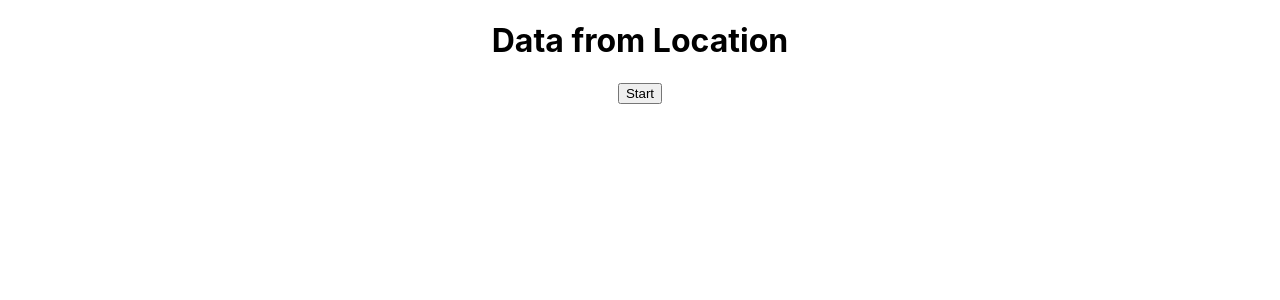
Repository: Imprasna/practising-API
Page: /
An editor plug-in stored every save of this project. The page is shown before and after the next save, followed by the edit.
The browser window is 1280 px wide. The pictures show the whole page.
The project was rebuilt for these pictures with package versions that can differ from the ones it lists, and the page was loaded fresh each time.

Above is the page before, as saved 2021-11-06 11:17:10.

After the next save:
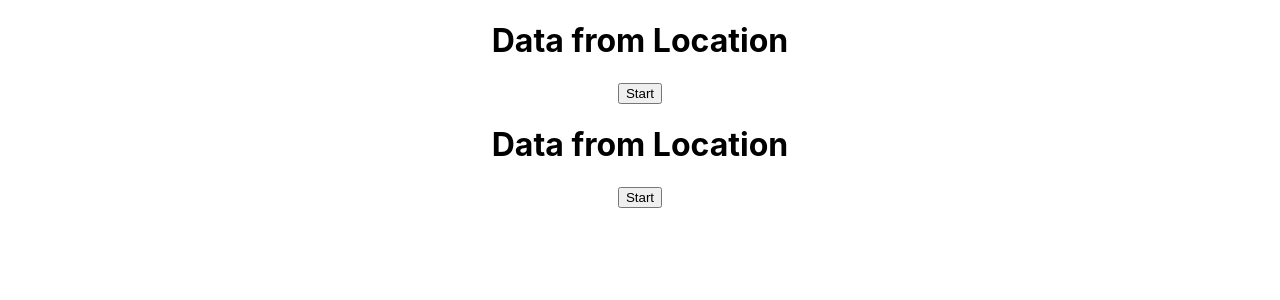
Saved 2 min 10 s later.
--- a/src/Get.js
+++ b/src/Get.js
@@ -37,6 +37,14 @@ const Get = () =>
             <p>{ getPost != null && getPost.location != null && getPost.location.region != null && getPost.location.region ? getPost.location.region : undefined }</p>
             <p>{ getPost != null && getPost.location != null && getPost.location.localtime != null && getPost.location.localtime ? getPost.location.localtime : undefined }</p>
             <p>{ getPost != null && getPost.location != null && getPost.location.tz_id != null && getPost.location.tz_id ? getPost.location.tz_id : undefined }</p>
+            <p>{getPost != null && getPost.location != null && getPost.location.country != null && getPost.location.country ? getPost.location.country : undefined}</p>
+
+            <h1>Data from Location</h1>
+            <button onClick={getData}>Start</button>
+            <p>{ getPost != null && getPost.location != null && getPost.location.name != null && getPost.location.name ? getPost.location.name : undefined }</p>
+            <p>{ getPost != null && getPost.location != null && getPost.location.region != null && getPost.location.region ? getPost.location.region : undefined }</p>
+            <p>{ getPost != null && getPost.location != null && getPost.location.localtime != null && getPost.location.localtime ? getPost.location.localtime : undefined }</p>
+            <p>{ getPost != null && getPost.location != null && getPost.location.tz_id != null && getPost.location.tz_id ? getPost.location.tz_id : undefined }</p>
             <p>{ getPost != null && getPost.location != null && getPost.location.country != null && getPost.location.country ? getPost.location.country : undefined }</p>
             {/* <p>{getPost.map((i) =>
             {
